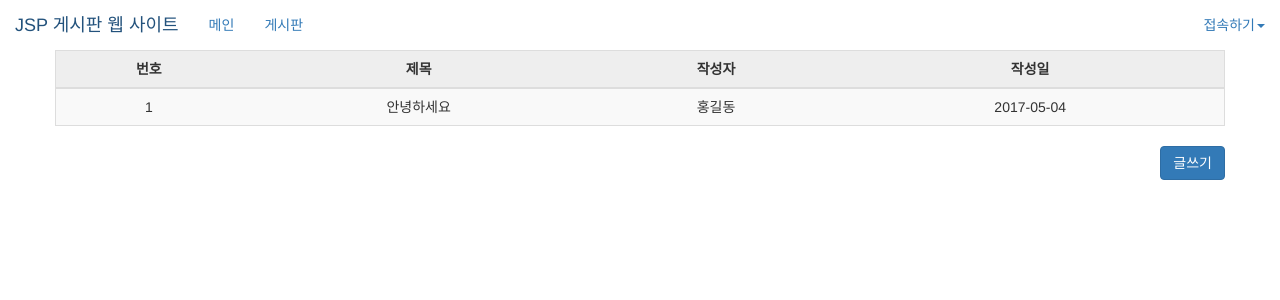
Repository: CEmmanuelP/jsp_Myblog
Page: http://localhost/BBS/write.jsp
An editor plug-in stored every save of this project. The page is shown before and after the next save, followed by the edit.
The browser window is 1280 px wide. The pictures show the whole page.
Some web libraries are served in a nearby version. The page is served by Tomcat 9.

Above is the page before, as saved 2019-09-06 15:25:22.

After the next save:
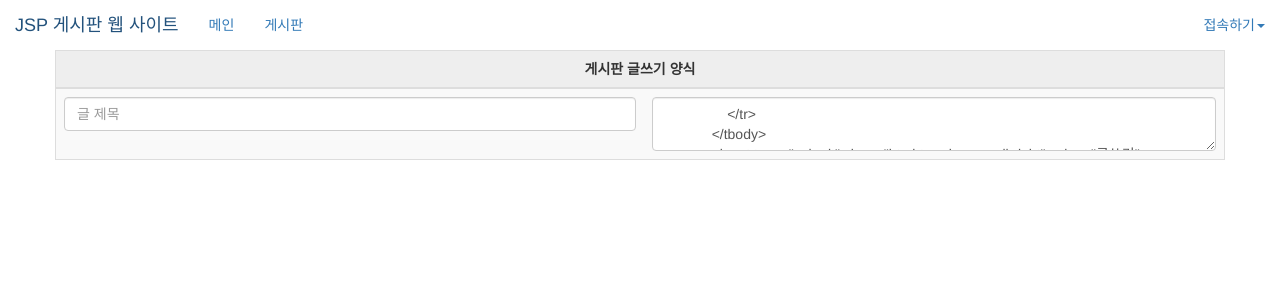
Saved 8 h 58 min later.
--- a/BBS/WebContent/write.jsp
+++ b/BBS/WebContent/write.jsp
@@ -70,29 +70,27 @@
 
    <div class="container">
       <div class="row">
-         <table class ="table table-striped" style="text-align: center; border: 1px solid #dddddd">
+         <form method="post" action="writeAction.jsp">
+         	<table class ="table table-striped" style="text-align: center; border: 1px solid #dddddd">
             <thead>
                <tr>
-                  <th style="background-color: #eeeeee; text-align: center;">번호</th>
-                  <th style="background-color: #eeeeee; text-align: center;">제목</th>
-                  <th style="background-color: #eeeeee; text-align: center;">작성자</th>
-                  <th style="background-color: #eeeeee; text-align: center;">작성일</th>
+                  <th colspan="2" style="background-color: #eeeeee; text-align: center;">게시판 글쓰기 양식</th>
                </tr>
             </thead>
             <tbody>
             	<tr>
-            		<td>1</td>
-            		<td>안녕하세요</td>
-            		<td>홍길동</td>
-            		<td>2017-05-04</td>
+            		<td><input type="text" class="form-control" placeholder="글 제목" name="bbsTitle" maxlength="50">
+            		<td><textarea type="text" class="form-control" placeholder="글 내용" name="bbsContent" maxlength="2048">
             	</tr>
             </tbody>
+            <input type="submit" class="btn btn-primary pull-right" value="글쓰기">
          </table>
-         <a href="write.jsp" class="btn btn-primary pull-right">글쓰기</a>
+         </form>
+
       </div>
    </div>
 
    <script src="https://code.jquery.com/jquery-3.1.1.min.js"></script>
    <script src="js/bootstrap.js"></script>
-</body>
+</body>s
 </html>
